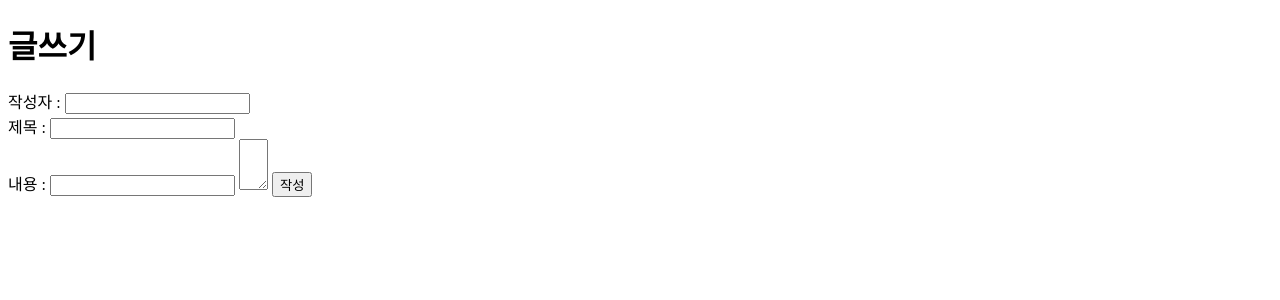
Repository: sanghshlsh/workspace_jsp
Page: http://localhost/Board/insert.jsp
An editor plug-in stored every save of this project. The page is shown before and after the next save, followed by the edit.
The browser window is 1280 px wide. The pictures show the whole page.
The page is served by Tomcat 9.

Above is the page before, as saved 2020-06-05 06:37:11.

After the next save:
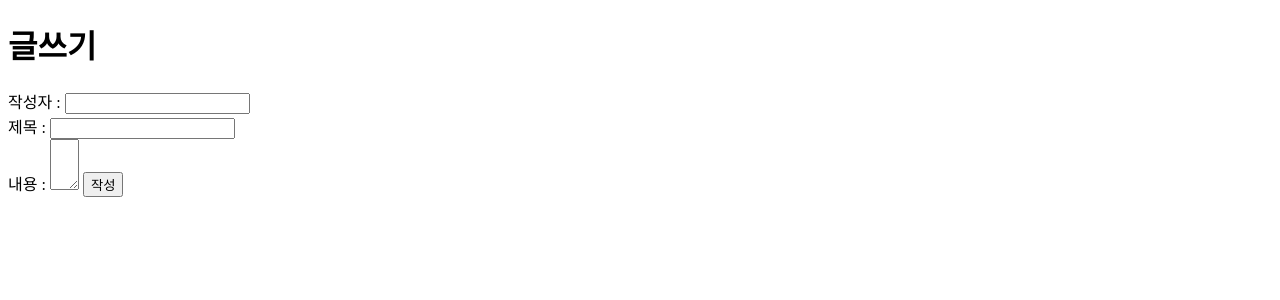
Saved 21 s later.
--- a/Board/WebContent/insert.jsp
+++ b/Board/WebContent/insert.jsp
@@ -15,8 +15,8 @@
 	<form action="write.do">
 	작성자 : <input name="writer"><br>
 	제목 : <input name="title"><br>
-	내용 : <input name="content">
-	<textarea rows="3" cols="1"></textarea>
+	내용 :
+	<textarea rows="3" cols="1" name="content"></textarea>
 	<input type="submit" value="작성">
 	</form>
 
